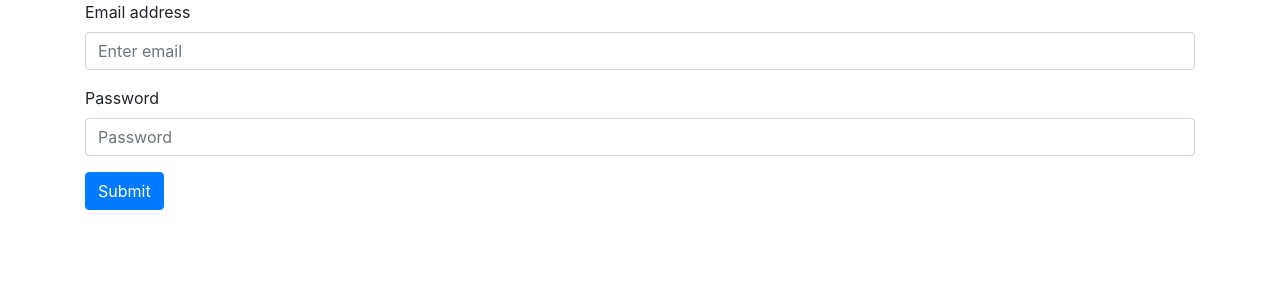
Repository: phamvuhung2710/sound-express
Page: http://localhost/download
An editor plug-in stored every save of this project. The page is shown before and after the next save, followed by the edit.
The browser window is 1280 px wide. The pictures show the whole page.
The page is served by the project's Node server (server.js).

Above is the page before, as saved 2022-08-04 22:08:58.

### views/download.ejs
<!DOCTYPE html>
<html lang="en">
  <head>
    <meta charset="UTF-8" />
    <meta http-equiv="X-UA-Compatible" content="IE=edge" />
    <meta name="viewport" content="width=device-width, initial-scale=1.0" />
    <title>LongK</title>
    <link
      rel="stylesheet"
      href="https://cdn.jsdelivr.net/npm/bootstrap@4.3.1/dist/css/bootstrap.min.css"
      integrity="sha384-ggOyR0iXCbMQv3Xipma34MD+dH/1fQ784/j6cY/iJTQUOhcWr7x9JvoRxT2MZw1T"
      crossorigin="anonymous"
    />
  </head>
  <body>
    <div class="container">
      <form>
        <div class="form-group">
          <label for="exampleInputEmail1">Email address</label>
          <input
            type="email"
            class="form-control"
            id="exampleInputEmail1"
            aria-describedby="emailHelp"
            placeholder="Enter email"
          />
        </div>
        <div class="form-group">
          <label for="exampleInputPassword1">Password</label>
          <input
            type="password"
            class="form-control"
            id="exampleInputPassword1"
            placeholder="Password"
          />
        </div>
        <button type="submit" class="btn btn-primary">Submit</button>
      </form>
    </div>

    <script
      src="https://code.jquery.com/jquery-3.3.1.slim.min.js"
      integrity="sha384-q8i/X+965DzO0rT7abK41JStQIAqVgRVzpbzo5smXKp4YfRvH+8abtTE1Pi6jizo"
      crossorigin="anonymous"
    ></script>
    <script
      src="https://cdn.jsdelivr.net/npm/popper.js@1.14.7/dist/umd/popper.min.js"
      integrity="sha384-UO2eT0CpHqdSJQ6hJty5KVphtPhzWj9WO1clHTMGa3JDZwrnQq4sF86dIHNDz0W1"
      crossorigin="anonymous"
    ></script>
    <script
      src="https://cdn.jsdelivr.net/npm/bootstrap@4.3.1/dist/js/bootstrap.min.js"
      integrity="sha384-JjSmVgyd0p3pXB1rRibZUAYoIIy6OrQ6VrjIEaFf/nJGzIxFDsf4x0xIM+B07jRM"
      crossorigin="anonymous"
    ></script>
  </body>
</html>

### server.js
const express = require('express')
const util = require('util')
const app = express()
var bodyParser = require('body-parser')
const YoutubeMp3Downloader = require('youtube-mp3-downloader')

const path = require('path')
const fs = require('fs')
const readdir = util.promisify(fs.readdir)

const directoryPath = path.join(__dirname, 'public')

// parse application/x-www-form-urlencoded
app.use(bodyParser.urlencoded({ extended: false }))

// parse application/json
app.use(bodyParser.json())
app.use(express.json())

app.set('view engine', 'ejs')
app.use(express.static('public'))

app.get('/', async (req, res) => {
  const listMusic = await readdir(directoryPath)
  res.render('index', { listMusic })
})

app.post('/', (req, res) => {
  res.send('OK')
})

app.get('/download', (req, res) => {
  res.render('download')
})

app.post('/delete', (req, res) => {
  fs.unlink(`./public/${req.body.name}`, (err) => {
    if (err) throw err //handle your error the way you want to;
    console.log('path/file.txt was deleted') //or else the file will be deleted
  })
  res.send('Xoá thành công')
})

app.post('/download/', (req, res) => {
  console.log('req: ', req)
  // var YD = new YoutubeMp3Downloader({
  //   ffmpegPath: './ffmpeg/bin/ffmpeg.exe', // FFmpeg binary location
  //   outputPath: './public', // Output file location (default: the home directory)
  //   youtubeVideoQuality: 'highestaudio', // Desired video quality (default: highestaudio)
  //   queueParallelism: 2, // Download parallelism (default: 1)
  //   progressTimeout: 2000, // Interval in ms for the progress reports (default: 1000)
  //   allowWebm: false // Enable download from WebM sources (default: false)
  // })

  // //Download video and save as MP3 file
  // YD.download('lXx-kdlxL48', '2.mp3')

  // YD.on('finished', function (err, data) {
  //   res.send('Thành công')
  // })

  // YD.on('error', function (error) {
  //   console.log('error: ', error)
  // })

  // YD.on('progress', function (progress) {
  //   console.log(JSON.stringify(progress))
  // })
})

app.listen(3000, () => {
  console.log(`Server started running`)
})

function removeVietnameseTones(str) {
  str = str.replace(/à|á|ạ|ả|ã|â|ầ|ấ|ậ|ẩ|ẫ|ă|ằ|ắ|ặ|ẳ|ẵ/g, 'a')
  str = str.replace(/è|é|ẹ|ẻ|ẽ|ê|ề|ế|ệ|ể|ễ/g, 'e')
  str = str.replace(/ì|í|ị|ỉ|ĩ/g, 'i')
  str = str.replace(/ò|ó|ọ|ỏ|õ|ô|ồ|ố|ộ|ổ|ỗ|ơ|ờ|ớ|ợ|ở|ỡ/g, 'o')
  str = str.replace(/ù|ú|ụ|ủ|ũ|ư|ừ|ứ|ự|ử|ữ/g, 'u')
  str = str.replace(/ỳ|ý|ỵ|ỷ|ỹ/g, 'y')
  str = str.replace(/đ/g, 'd')
  str = str.replace(/À|Á|Ạ|Ả|Ã|Â|Ầ|Ấ|Ậ|Ẩ|Ẫ|Ă|Ằ|Ắ|Ặ|Ẳ|Ẵ/g, 'A')
  str = str.replace(/È|É|Ẹ|Ẻ|Ẽ|Ê|Ề|Ế|Ệ|Ể|Ễ/g, 'E')
  str = str.replace(/Ì|Í|Ị|Ỉ|Ĩ/g, 'I')
  str = str.replace(/Ò|Ó|Ọ|Ỏ|Õ|Ô|Ồ|Ố|Ộ|Ổ|Ỗ|Ơ|Ờ|Ớ|Ợ|Ở|Ỡ/g, 'O')
  str = str.replace(/Ù|Ú|Ụ|Ủ|Ũ|Ư|Ừ|Ứ|Ự|Ử|Ữ/g, 'U')
  str = str.replace(/Ỳ|Ý|Ỵ|Ỷ|Ỹ/g, 'Y')
  str = str.replace(/Đ/g, 'D')
  // Some system encode vietnamese combining accent as individual utf-8 characters
  // Một vài bộ encode coi các dấu mũ, dấu chữ như một kí tự riêng biệt nên thêm hai dòng này
  str = str.replace(/\u0300|\u0301|\u0303|\u0309|\u0323/g, '') // ̀ ́ ̃ ̉ ̣  huyền, sắc, ngã, hỏi, nặng
  str = str.replace(/\u02C6|\u0306|\u031B/g, '') // ˆ ̆ ̛  Â, Ê, Ă, Ơ, Ư
  // Remove extra spaces
  // Bỏ các khoảng trắng liền nhau
  str = str.replace(/ + /g, ' ')
  str = str.trim()
  // Remove punctuations
  // Bỏ dấu câu, kí tự đặc biệt
  str = str.replace(
    /!|@|%|\^|\*|\(|\)|\+|\=|\<|\>|\?|\/|,|\.|\:|\;|\'|\"|\&|\#|\[|\]|~|\$|_|`|-|{|}|\||\\/g,
    ' '
  )
  return str
}

After the next save:
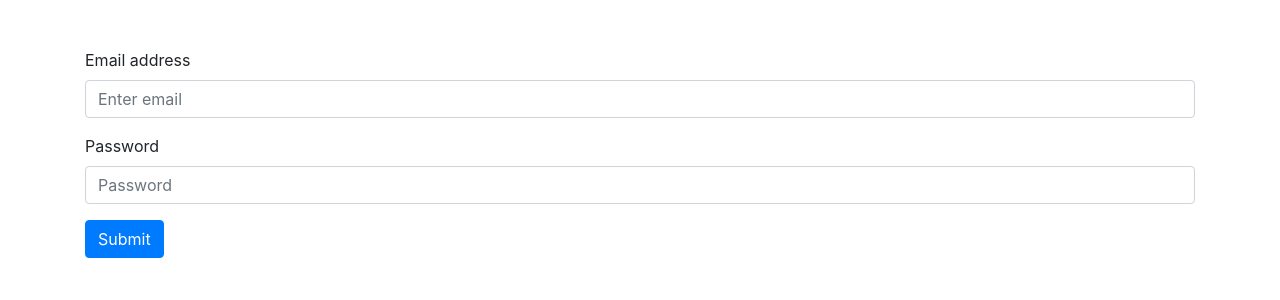
Saved 11 s later.
--- a/views/download.ejs
+++ b/views/download.ejs
@@ -14,7 +14,7 @@
   </head>
   <body>
     <div class="container">
-      <form>
+      <form class="mt-5">
         <div class="form-group">
           <label for="exampleInputEmail1">Email address</label>
           <input
